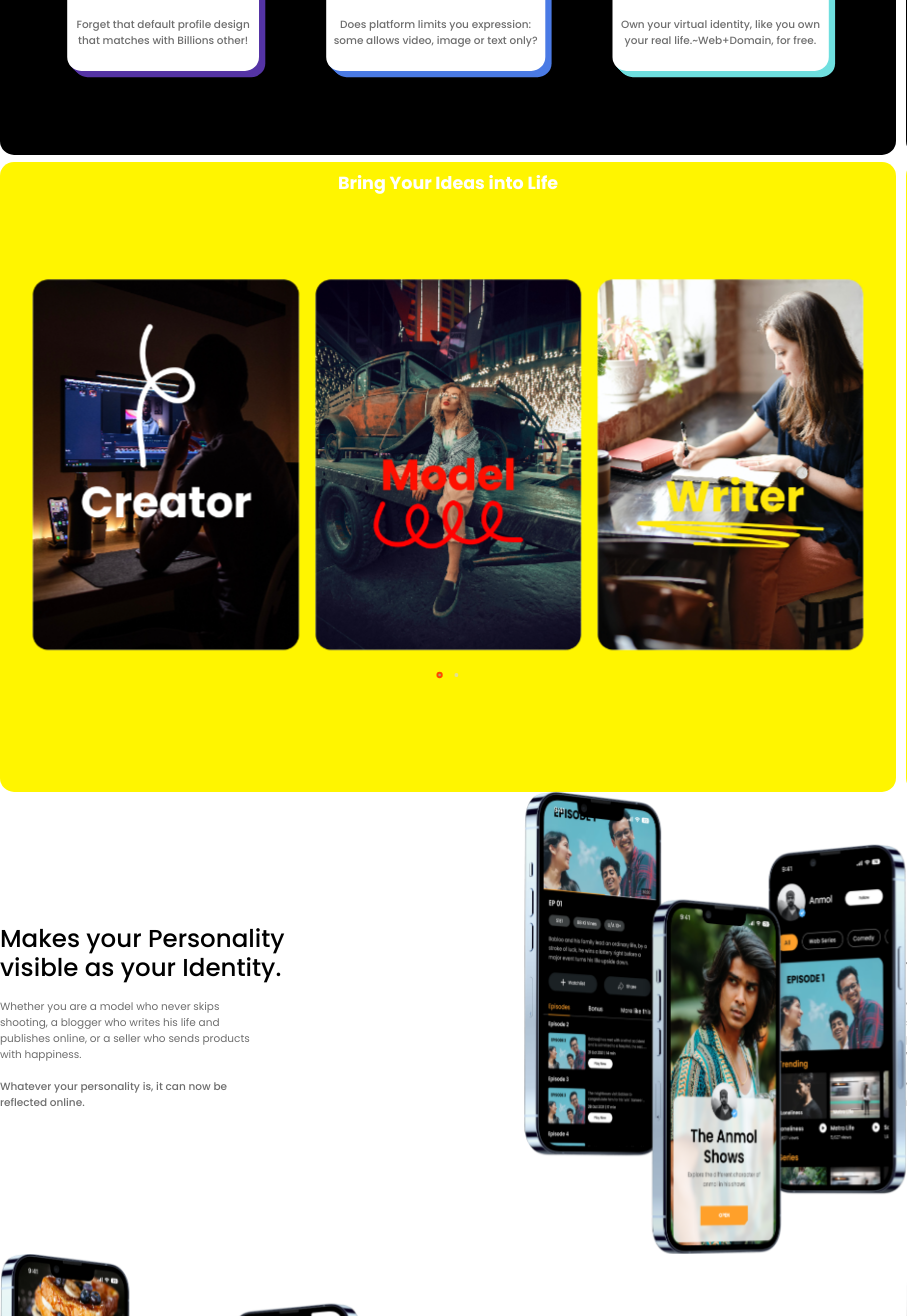
Repository: itsmesikandar/swavy.in.github.io
Page: index.html
An editor plug-in stored every save of this project. The page is shown before and after the next save, followed by the edit.
The browser window is 1280 px wide. The page is 1295 px wide, so the pictures cover 1295 px, including what lies to the right of the window. The pictures show the part of the page from y = 1196 to 3076 px (the page is 4993 px tall before and 5025 px after), at 70% of full size.

Above is the page before, as saved 2023-02-22 23:37:57.
Console error: TypeError: Cannot read properties of undefined (reading 'fn')

After the next save:
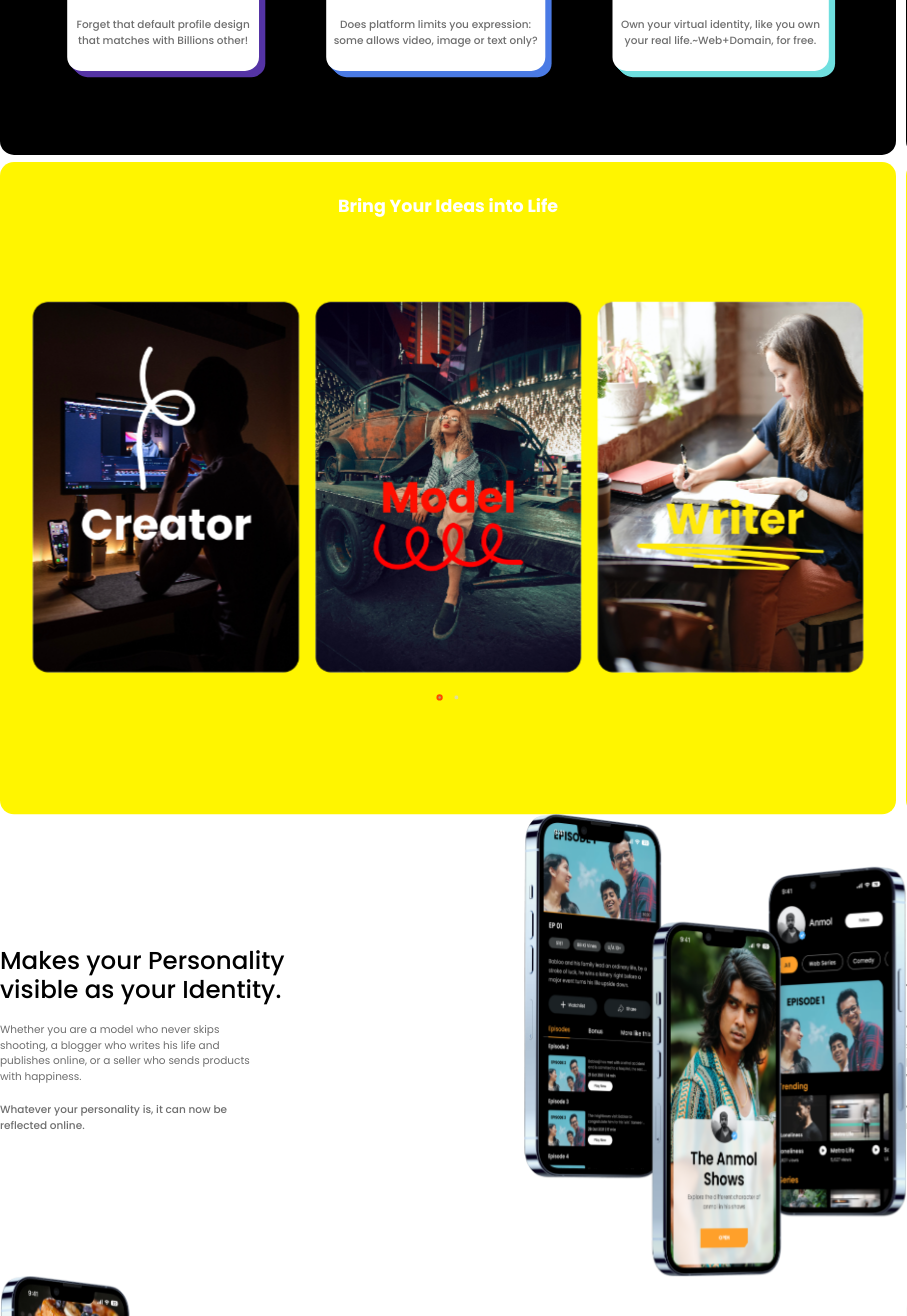
Saved 39 s later.
--- a/index.html
+++ b/index.html
@@ -108,7 +108,7 @@
             <div class="row">
               <div class="col-12 text-center pb-5">
 
-                <h4 class="section-subtitle color-white mt-3"><b>Bring Your Ideas into Life</b></h4>
+                <h4 class="section-subtitle color-white mt-5"><b>Bring Your Ideas into Life</b></h4>
 
               </div>
 
